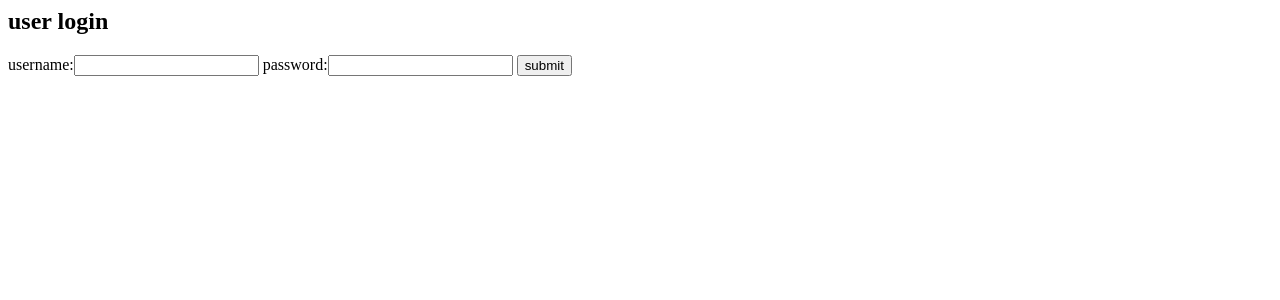
Repository: figo645/NewGenerationOA
Page: http://localhost/mavenweb/users/login.jsp
An editor plug-in stored every save of this project. The page is shown before and after the next save, followed by the edit.
The browser window is 1280 px wide. The pictures show the whole page.
The page is served by Tomcat 9. Nobody is signed in. The application's start-up code is not run.

Above is the page before, as saved 2015-09-17 18:09:35.

After the next save:
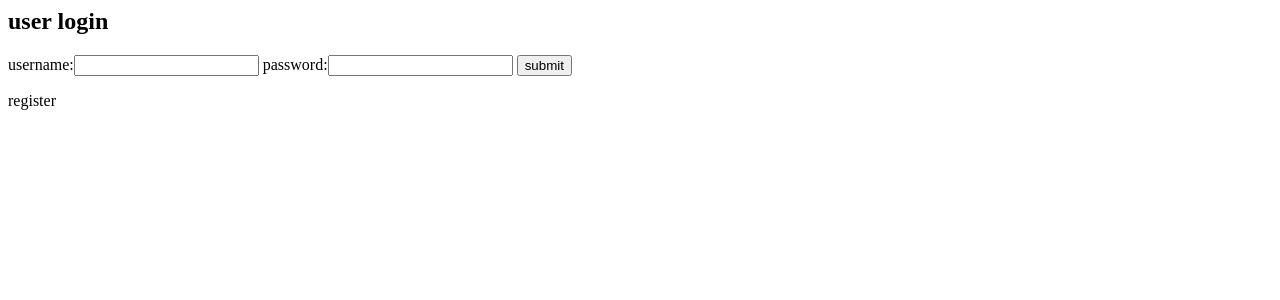
Saved 4 days later.
--- a/3.implementtation/prototype_ws/mavenweb/src/main/webapp/users/login.jsp
+++ b/3.implementtation/prototype_ws/mavenweb/src/main/webapp/users/login.jsp
@@ -7,5 +7,7 @@
 			type="text" name="password" id="password"> <input type="submit"
 			value="submit">
 	</form>
+
+	<p>register</p>
 </body>
 </html>
